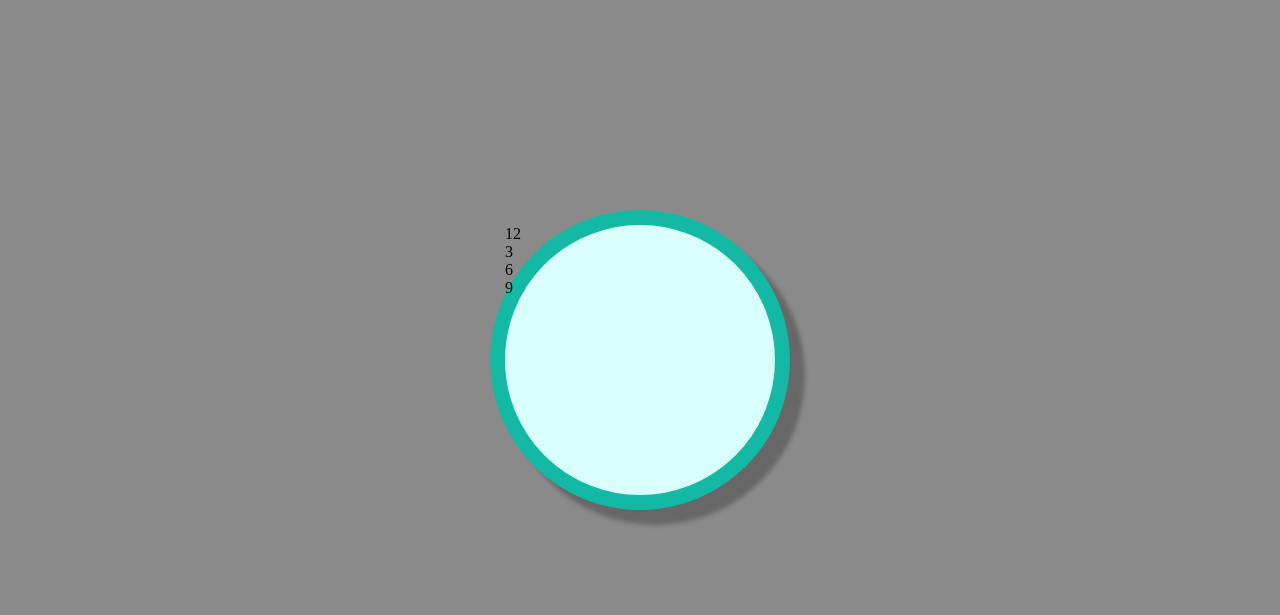
Repository: ChenWarren/web-clock
Page: index.html
An editor plug-in stored every save of this project. The page is shown before and after the next save, followed by the edit.
The browser window is 1280 px wide. The pictures show the whole page.

Above is the page before, as saved 2021-03-18 20:49:03.

After the next save:
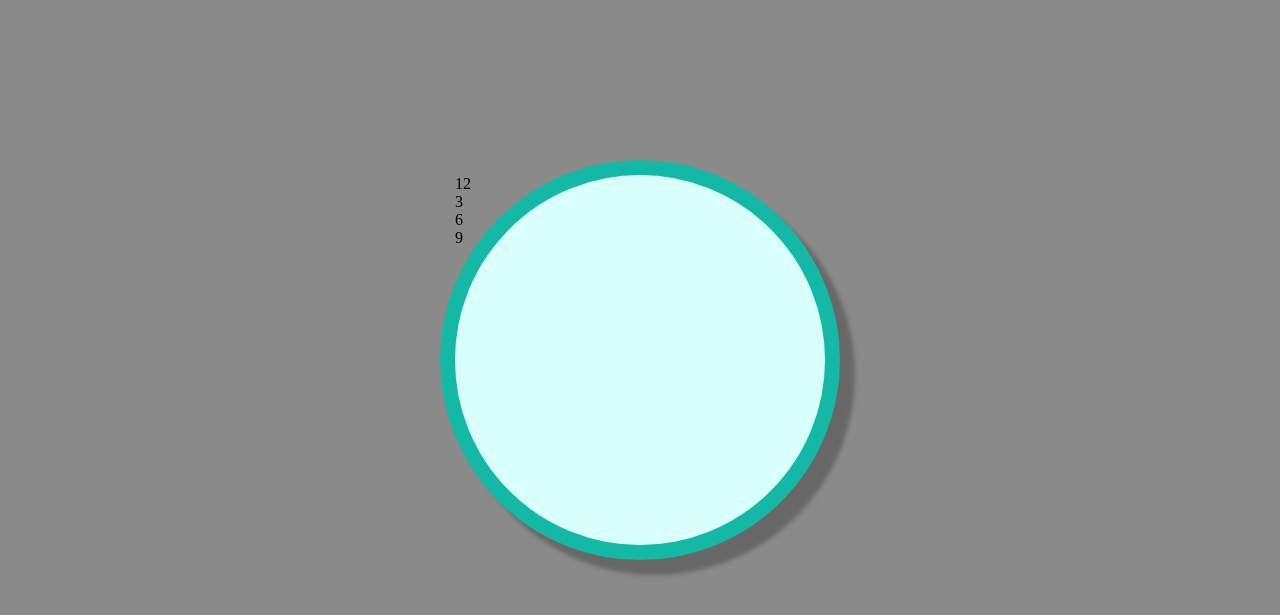
Saved 15 s later.
--- a/main.css
+++ b/main.css
@@ -15,8 +15,8 @@ body {
 }
 
 .clock {
-    width: 300px;
-    height: 300px;
+    width: 400px;
+    height: 400px;
     border-radius: 50%;
     background: #d8fffb;
     border: 15px solid #14B9A5;
